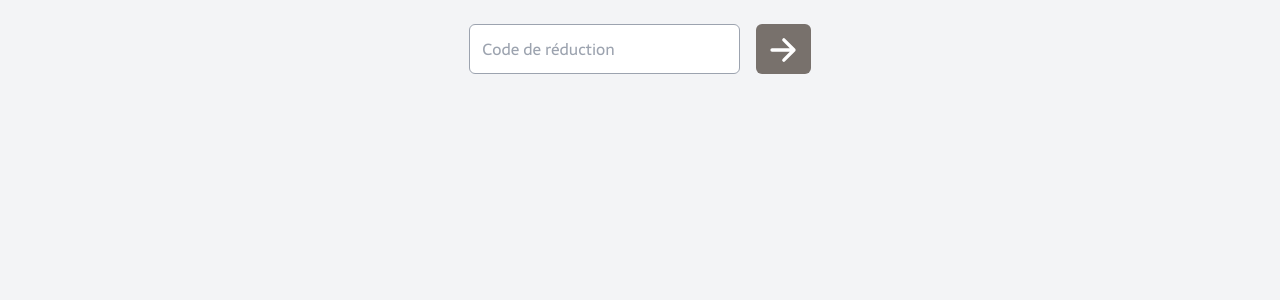
Repository: darlino/gotyu_shopify_section
Page: reduction_input210223/index.html
These files come from the project's save history. The page is drawn as it stood at one moment and after the next save; the edit follows.
The browser window is 1280 px wide. The pictures show the whole page.
Some web libraries are served in a nearby version.

Above is the page before, as saved 2023-02-21 22:06:13.

### reduction_input210223/index.html
<!DOCTYPE html>
<html lang="en">
  <head>
    <meta charset="UTF-8" />
    <meta http-equiv="X-UA-Compatible" content="IE=edge" />
    <meta name="viewport" content="width=device-width, initial-scale=1.0" />
    <title>Document</title>
    <link rel="preconnect" href="https://fonts.googleapis.com" />
    <link rel="preconnect" href="https://fonts.gstatic.com" crossorigin />
    <link
      href="https://fonts.googleapis.com/css2?family=Sarala&display=swap"
      rel="stylesheet"
    />
    <link rel="stylesheet" href="style.css" />
    <script src="https://cdn.tailwindcss.com"></script>
    <script
      type="module"
      src="https://unpkg.com/ionicons@5.5.2/dist/ionicons/ionicons.esm.js"
    ></script>
    <script
      nomodule
      src="https://unpkg.com/ionicons@5.5.2/dist/ionicons/ionicons.js"
    ></script>
  </head>
  <body>
    <section id="reduction210223">
      <div class="max-w-[1300px] h-screen flex flex-col mx-auto bg-gray-100">
        <div
          class="flex flex-col md:px-32 px-8 py-6 justify-center items-center"
        >
          <div class="flex flex-row justify-between space-x-4 md:w-1/3 w-3/4">
            <input
              type="text"
              class="px-3 w-5/6 py-2 border outline-none border-1 border-gray-400 bg-white rounded-md"
              placeholder="Code de réduction"
            />
            <button
              type="text"
              class="px-2 w-1/6 py-1 bg-stone-500 rounded-md text-center"
            >
              <ion-icon
                name="arrow-forward-outline"
                class="text-4xl bg-none text-white relative top-1"
              ></ion-icon>
            </button>
          </div>
        </div>
      </div>
    </section>
  </body>
</html>

### reduction_input210223/style.css
* {
  margin: 0;
  padding: 0;
  font-family: "Sarala", sans-serif;
}
#reduction {
  width: 100%;
  height: 100%;
}

After the next save:
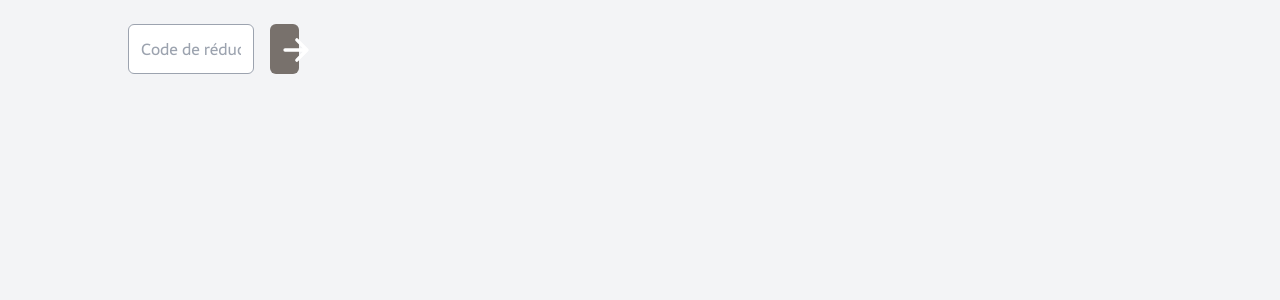
Saved 24 s later.
--- a/reduction_input210223/index.html
+++ b/reduction_input210223/index.html
@@ -26,9 +26,9 @@
     <section id="reduction210223">
       <div class="max-w-[1300px] h-screen flex flex-col mx-auto bg-gray-100">
         <div
-          class="flex flex-col md:px-32 px-8 py-6 justify-center items-center"
+          class="flex flex-col md:px-32 px-8 py-6 justify-center md:w-1/3 w-3/4 items-center"
         >
-          <div class="flex flex-row justify-between space-x-4 md:w-1/3 w-3/4">
+          <div class="flex flex-row justify-between space-x-4">
             <input
               type="text"
               class="px-3 w-5/6 py-2 border outline-none border-1 border-gray-400 bg-white rounded-md"
